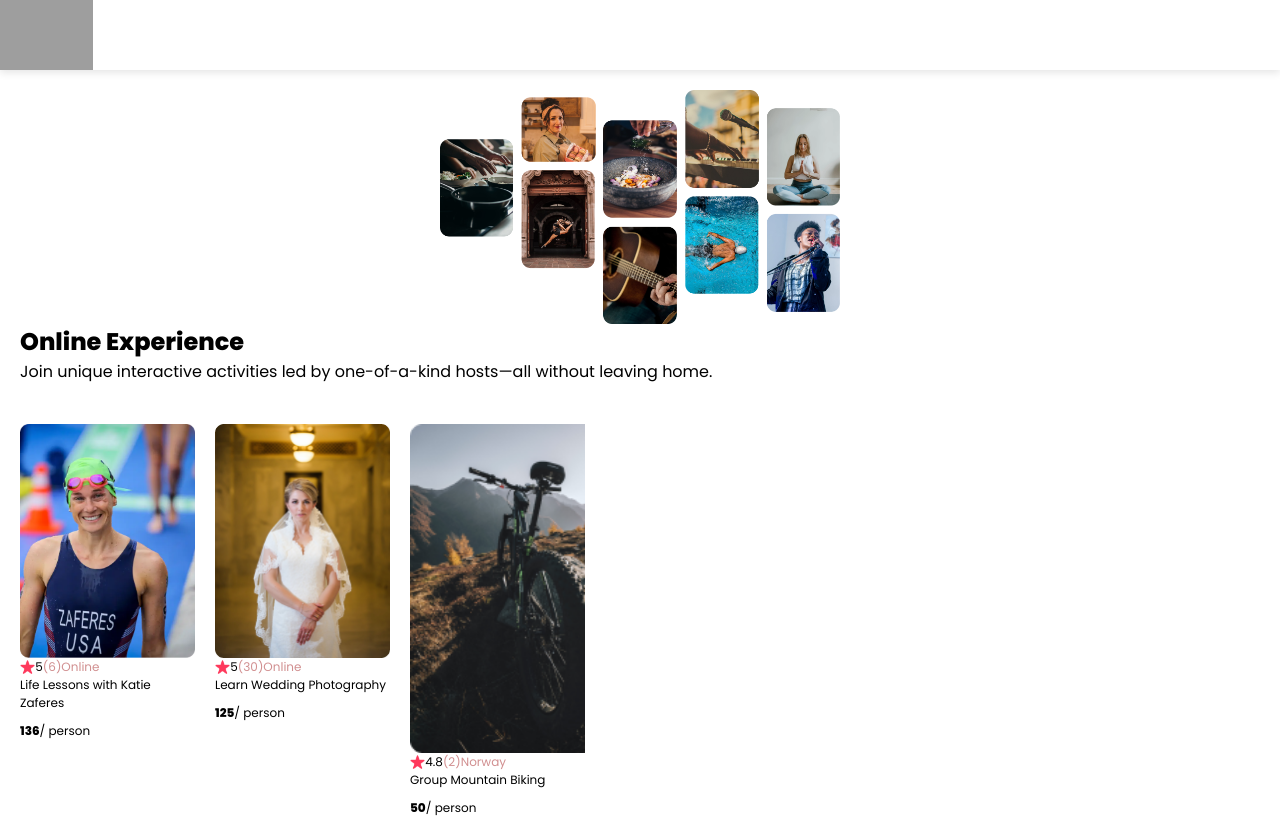
Repository: Richswag009/my-travel-journal
Page: /
An editor plug-in stored every save of this project. The page is shown before and after the next save, followed by the edit.
The browser window is 1280 px wide. The pictures show the whole page.
Pictures or frames that could not be fetched are drawn as grey boxes. Some web fonts or font styles are not loaded; a fallback is used. The project was rebuilt for these pictures with package versions that can differ from the ones it lists, and the page was loaded fresh each time.

Above is the page before, as saved 2022-06-17 16:42:13.

After the next save:
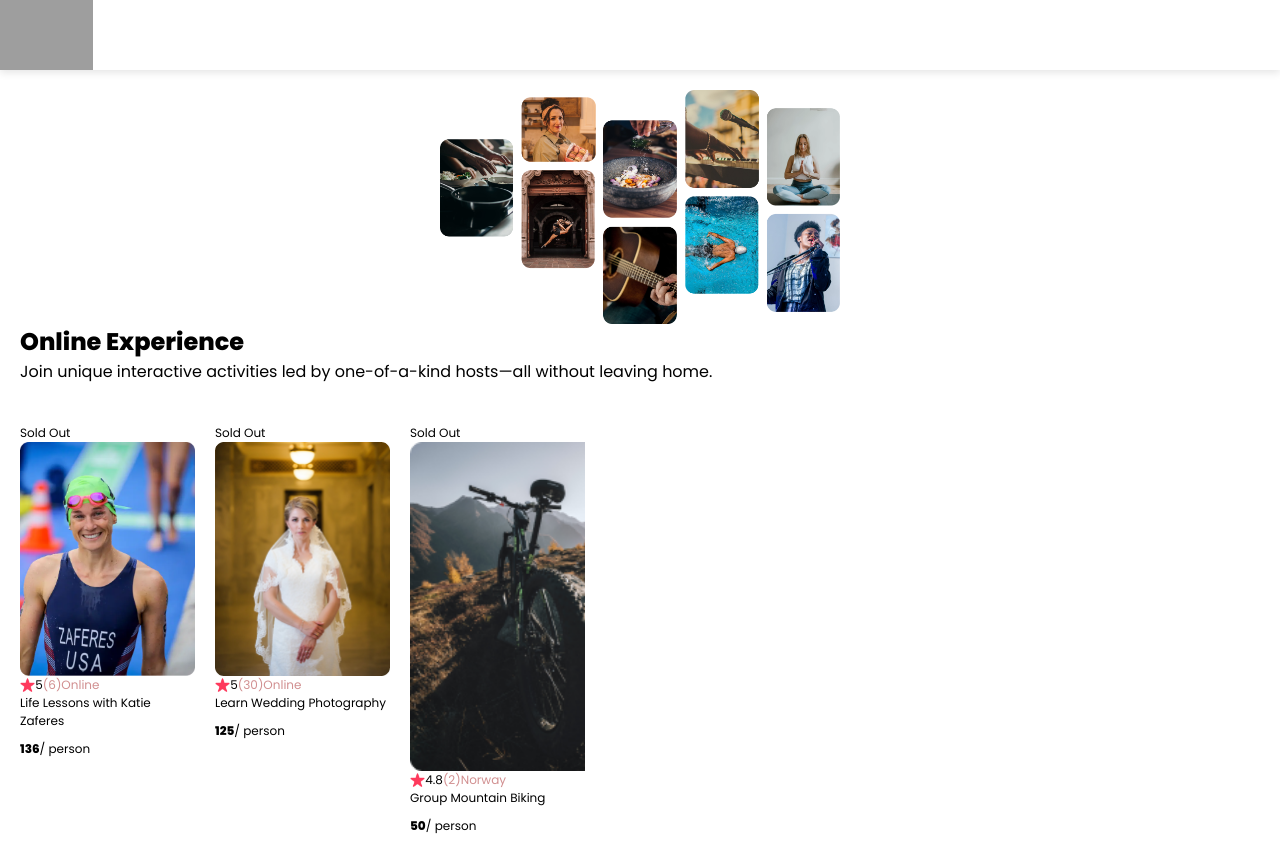
Saved 70 s later.
--- a/src/component/Card.js
+++ b/src/component/Card.js
@@ -7,6 +7,7 @@
     render() {
         return (
             <div className='card'>
+                <div className='badge'>Sold Out</div>
                 <img className='card-img' src={`/images/${this.props.img}`} alt="" />
                 <div className='card-stats'>
                 <img className='card-star' src='./images/Star-1.png' alt="" />

After the 2 saves that followed:
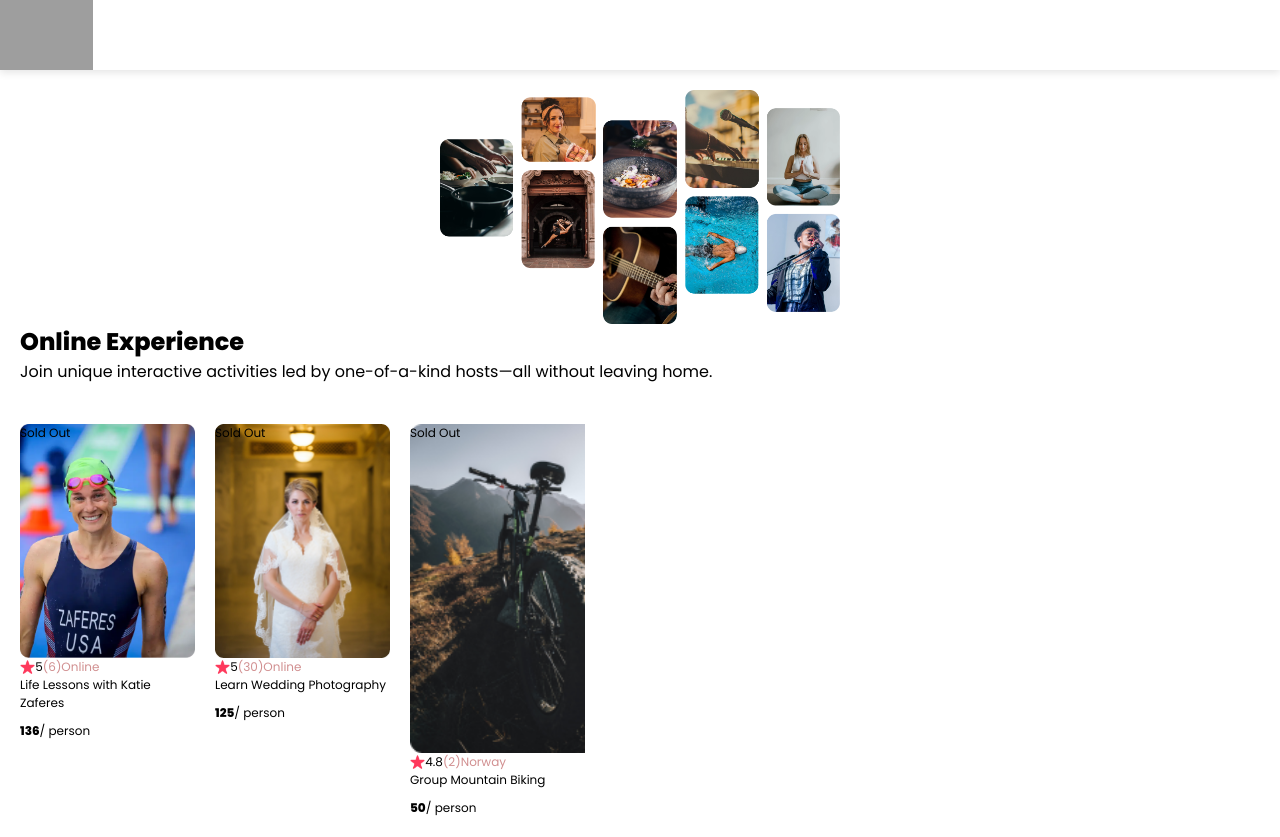
The 2 saves are shown as one change because 1 left the picture as it was.
The last was saved 63 s later.
--- a/src/App.css
+++ b/src/App.css
@@ -58,4 +58,7 @@ margin: 16px 0;
     text-overflow: ellipsis;
 }.card-price {
     margin-top: 10px;
+}.card-badge{
+    position: absolute;
+
 }
--- a/src/component/Card.js
+++ b/src/component/Card.js
@@ -7,7 +7,7 @@
     render() {
         return (
             <div className='card'>
-                <div className='badge'>Sold Out</div>
+                <div className='card-badge'>Sold Out</div>
                 <img className='card-img' src={`/images/${this.props.img}`} alt="" />
                 <div className='card-stats'>
                 <img className='card-star' src='./images/Star-1.png' alt="" />
